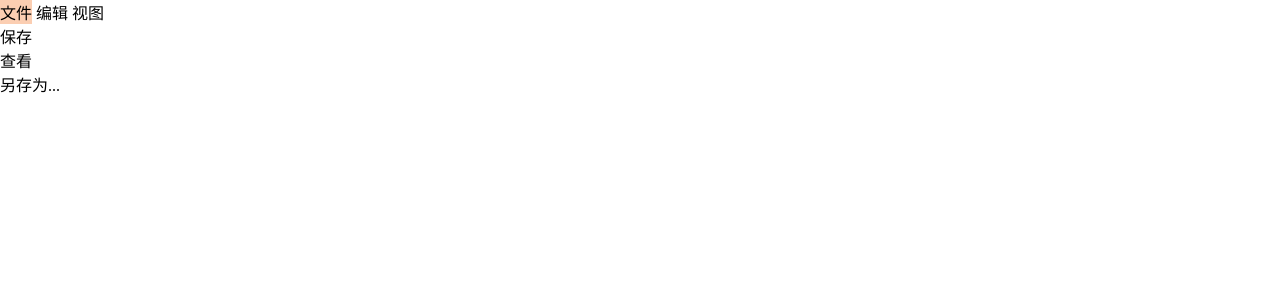
Repository: Joamg/Joamg.github.io
Page: miao/css-menu.html
An editor plug-in stored every save of this project. The page is shown before and after the next save, followed by the edit.
The browser window is 1280 px wide. The pictures show the whole page.
The pointer rests on the first visible `li`.

Above is the page before, as saved 2021-05-27 21:28:01.

After the next save:
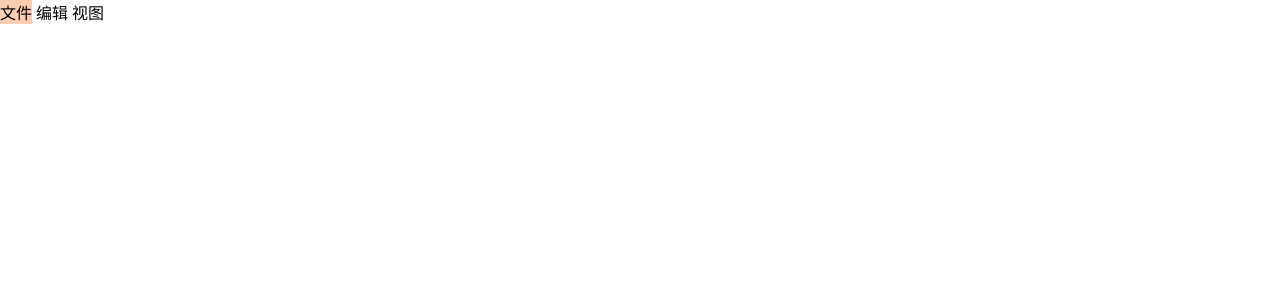
Saved 13 min 30 s later.
--- a/miao/css-menu.html
+++ b/miao/css-menu.html
@@ -35,7 +35,7 @@
       top: 0;
     }
     li:hover > ul {
-      display: block;
+      xdisplay: block;
     }
     li:hover {
       background-color: #f36c1955;

After the save that followed:
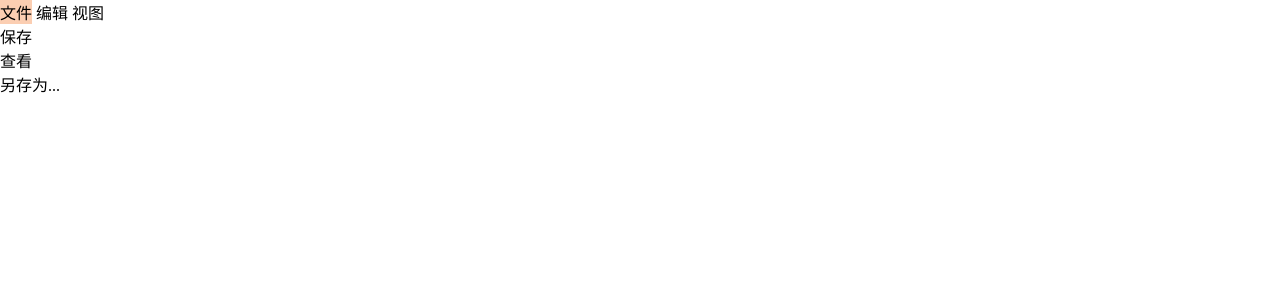
Saved 8 s later.
--- a/miao/css-menu.html
+++ b/miao/css-menu.html
@@ -35,7 +35,7 @@
       top: 0;
     }
     li:hover > ul {
-      xdisplay: block;
+      display: block;
     }
     li:hover {
       background-color: #f36c1955;
